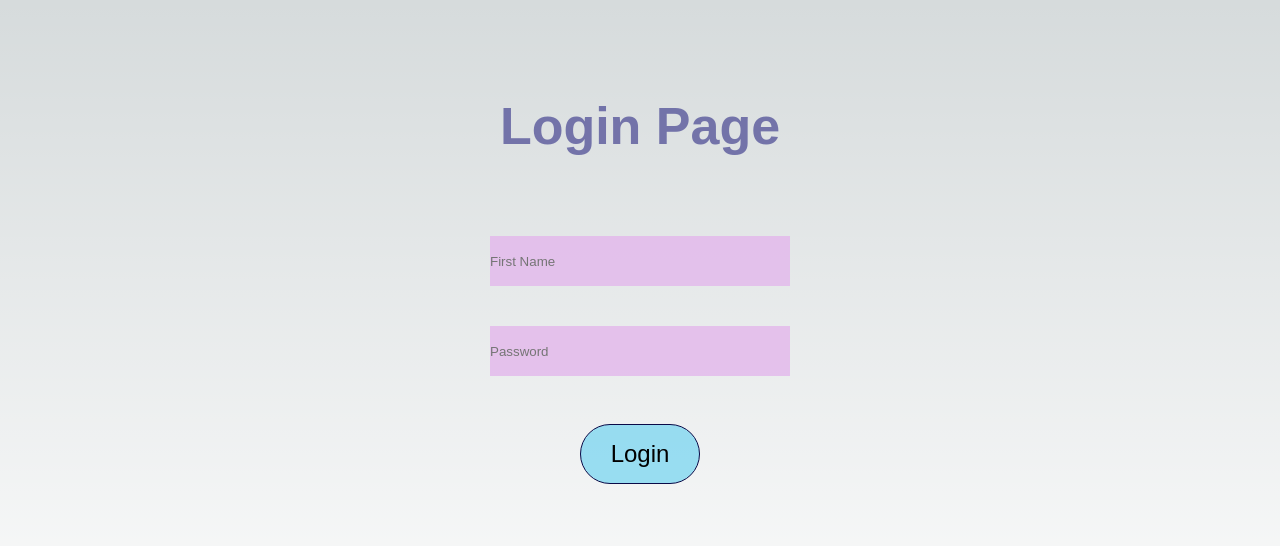
Repository: SaraShio/counter
Page: /
The author's editor kept a copy of each file at every save. The page is drawn from the files as they stood at one save, then again after the next save.
The browser window is 1280 px wide. The pictures show the whole page.
The project was rebuilt for these pictures with package versions that can differ from the ones it lists, and the page was loaded fresh each time. The framework's server and built-in components were replaced by stand-ins that run in the browser. Also part of the build but not shown: next.config.js.

Above is the page before, as saved 2023-01-15 23:01:06.

After the next save:
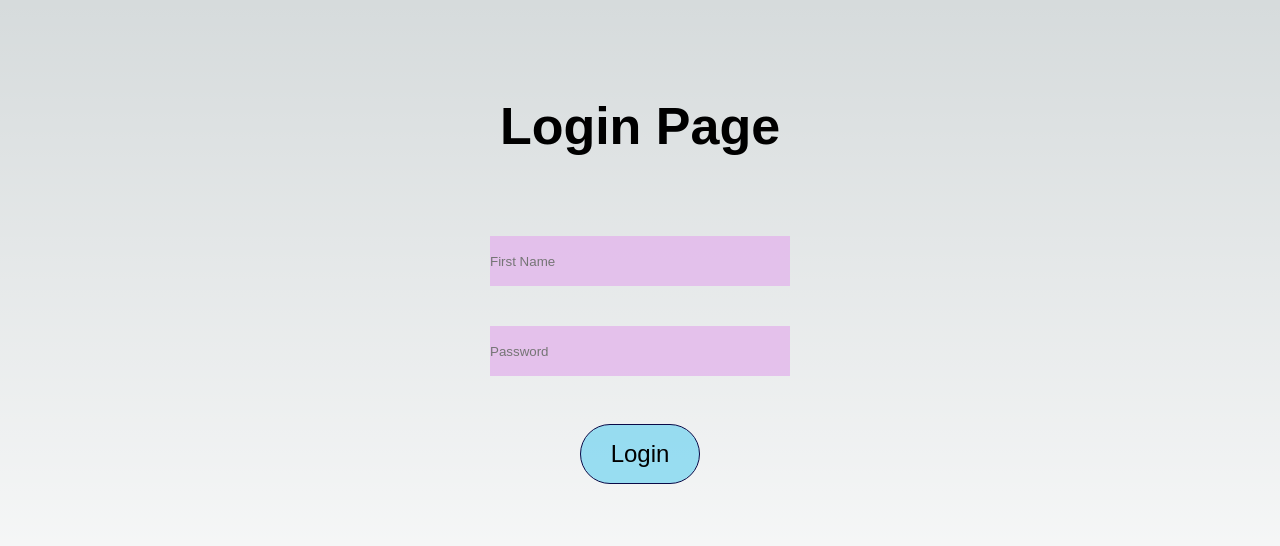
Saved 12 s later.
--- a/styles/globals.css
+++ b/styles/globals.css
@@ -10,7 +10,7 @@
   --background-end-rgb: 255, 255, 255;
   --light-purple: #e3b8eccf;
   --purple: #874e93;
-  --medium-purple: #6565a2e3;
+  --lavender: #e6e6fa --medium-purple: #6565a2e3;
   --dark-gray: #434346;
   --deep-blue: #0a0a47;
   --light-blue: #51ccf18c;
